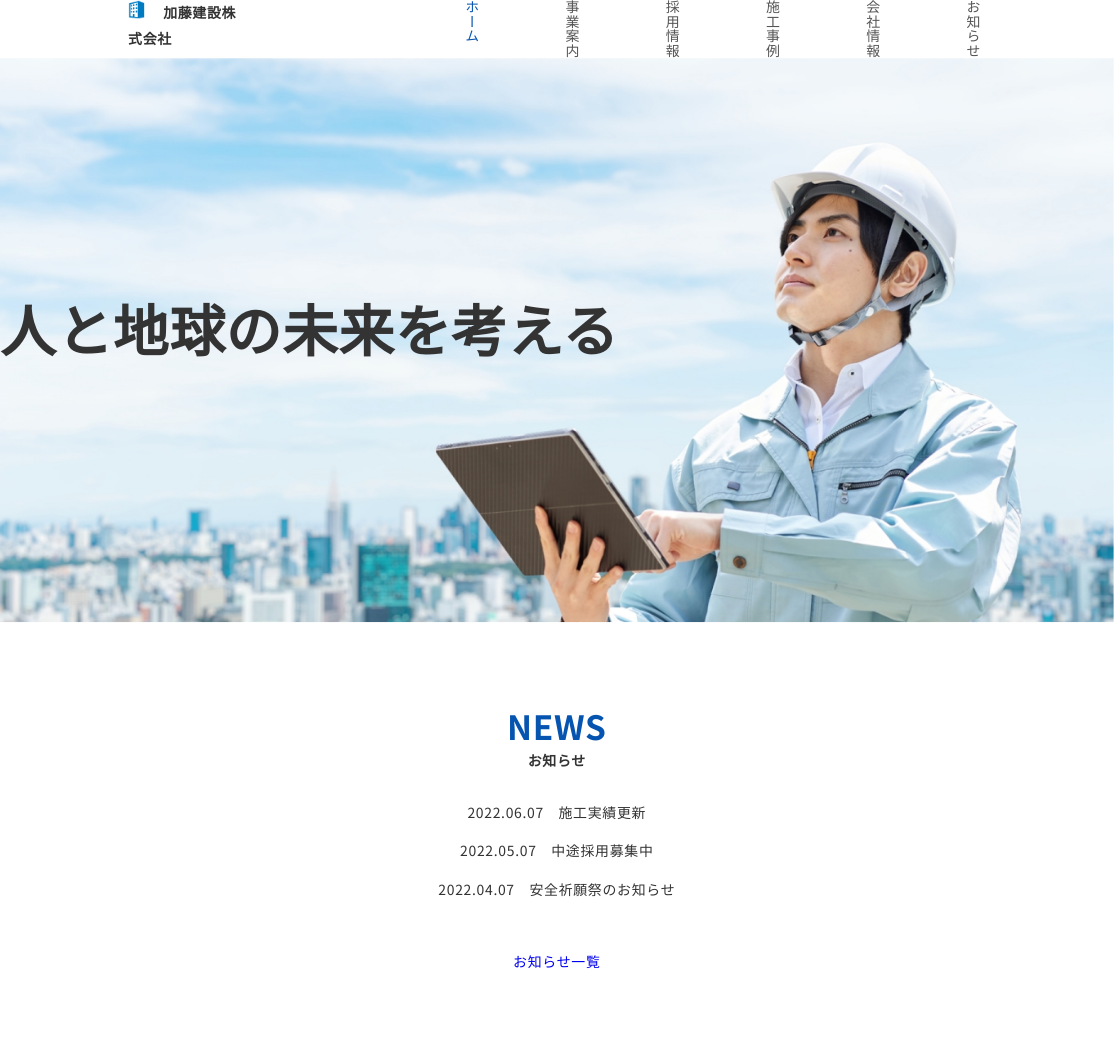
Repository: nozomi-23/hp1_test
Page: index.html
An editor plug-in stored every save of this project. The page is shown before and after a run of saves, followed by the edit.
The browser window is 1280 px wide. The pictures show the whole page, at 87% of full size.

Above is the page before, as saved 2022-06-12 11:10:39.

### index.html
<!DOCTYPE html>
<html lang="ja">
<head>
<meta charset="UTF-8">
<title>加藤建設 株式会社</title>
<meta name="description" content="人と地球の未来を考える 加藤建設 株式会社">
<meta name="keywords" content="建築,土木,インフラ">
<meta name="viewport" content="width=device-width, initial-scale=1.0">
<meta property="og:title" content="建築依頼なら「加藤建設 株式会社」">
<meta property="og:type" content="article">
<meta property="og:url" content="https://withcode-plus.tech">
<meta property="og:image" content="img/logo.png">
<meta property="og:description" content="確かな技術力が自慢、インフラから地域貢献まで加藤建設にお任せ下さい">
<meta property="og:site_name" content="加藤建設 株式会社">
<link rel="icon" href="img/favicon.ico">
<link rel="apple-touch-icon" sizes="180x180" href="img/logo.png">
<link rel="preconnect" href="https://fonts.googleapis.com">
<link rel="preconnect" href="https://fonts.gstatic.com" crossorigin>
<link href="https://fonts.googleapis.com/css2?family=Noto+Sans+JP:wght@400;500;700&family=Noto+Serif+JP&display=swap"
  rel="stylesheet">
<link rel="stylesheet" type="text/css" href="css/reset.css">
<link rel="stylesheet" type="text/css" href="css/common1.css">
<link rel="stylesheet" type="text/css" href="css/index.css">
</head>
<body>
  <!-- =========header -->
  <header>
    <div class="header_wrapper">
      <div class="header_inner">
        <h1 class="header_left">加藤建設株式会社</h1>
        <nav class="header_right" >
          <ul class="header_list">
            <li><a href="#" class="color">ホーム</a></li>
            <li><a href="html/business.html">事業案内</a></li>
            <li><a href="html/recruit.html">採用情報</a></li>
            <li><a href="html/work.html">施工事例</a></li>
            <li><a href="html/company.html">会社情報</a></li>
            <li><a href="html/news.html">お知らせ</a></li>
          </ul>
        </nav>
      </div>
    </div>
  </header>
  <!-- =========main_view -->
  <main>
    <section class="main_wrapper">
      <div class="main_txt">
        <h3>人と地球の未来を考える</h3>
      </div>
    </section>
    <!-- =========news -->
    <section class="news section">
      <div class="news_wrapper">
        <h2 class="title">NEWS<br>
          <small>お知らせ</small></h2>
        <ul class="news_list">
          <li>2022.06.07&emsp;施工実績更新</li>
          <li>2022.05.07&emsp;中途採用募集中</li>
          <li>2022.04.07&emsp;安全祈願祭のお知らせ</li>
        </ul>
        <div class="btn">
          <a href="html/news.html">お知らせ一覧</a>
        </div>
      </div>
    </section>
  </main>
</body>
</html>

### css/reset.css
@charset "UTF-8";

html,
body,
div,
span,
object,
iframe,
h1,
h2,
h3,
h4,
h5,
h6,
p,
blockquote,
pre,
abbr,
address,
cite,
code,
del,
dfn,
em,
img,
ins,
kbd,
q,
samp,
small,
strong,
sub,
sup,
var,
b,
i,
dl,
dt,
dd,
ol,
ul,
li,
fieldset,
form,
label,
legend,
table,
caption,
tbody,
tfoot,
thead,
tr,
th,
td,
article,
aside,
canvas,
details,
figcaption,
figure,
footer,
header,
hgroup,
menu,
nav,
section,
summary,
time,
mark,
audio,
video {
  margin: 0;
  padding: 0;
  border: 0;
  outline: 0;
  font-size: 100%;
  vertical-align: baseline;
  background: transparent;
}

body {
  line-height: 1;
}

article,
aside,
details,
figcaption,
figure,
footer,
header,
hgroup,
menu,
nav,
section {
  display: block;
}

nav ul {
  list-style: none;
}

blockquote,
q {
  quotes: none;
}

blockquote:before,
blockquote:after,
q:before,
q:after {
  content: '';
  content: none;
}

a {
  margin: 0;
  padding: 0;
  font-size: 100%;
  vertical-align: baseline;
  background: transparent;
}

/* change colours to suit your needs */
ins {
  background-color: #ff9;
  color: #000;
  text-decoration: none;
}

/* change colours to suit your needs */
mark {
  background-color: #ff9;
  color: #000;
  font-style: italic;
  font-weight: bold;
}

del {
  text-decoration: line-through;
}

abbr[title],
dfn[title] {
  border-bottom: 1px dotted;
  cursor: help;
}

table {
  border-collapse: collapse;
  border-spacing: 0;
}

/* change border colour to suit your needs */
hr {
  display: block;
  height: 1px;
  border: 0;
  border-top: 1px solid #cccccc;
  margin: 1em 0;
  padding: 0;
}

input,
select {
  vertical-align: middle;
}

### css/common1.css
@charset "UTF-8";

body {
  color: #333;
  letter-spacing: 0.05em;
  line-height: 1.8;
  font-family: 'Noto Sans JP', sans-serif ,'Noto Serif JP',
  serif;
}
li {
  list-style: none;
}

a {
  text-decoration: none;
}
.section {
  margin: 8% 0;
}


/* タイトル */
.title {
  color: #0554B0;
  font-weight: bold;
  font-size: 2.4rem;
  line-height: 0.8;
}
.news_wrapper small {
  font-size: 1rem;
  color: #333;
}

### css/index.css
@charset "UTF-8";

/* =================
header
===================*/
.header_wrapper {
  display: flex;
  justify-content: center;
}
.header_inner {
  width: 77%;
  display: flex;
  justify-content: space-between;

}
.header_list {
  display: table;
}
.header_list li {
  display: table-cell;
  writing-mode: vertical-rl;
}
.header_list li a {
  color: #555;
}
.header_list li a:hover {
  opacity: 0.5;
}
.header_list li a.color {
  color: #0554B0;
}

.header_left::before {
  content: "";
  background: url(../img/name_icon.png) no-repeat ;
  background-size: contain;
  width: 30%;
  height: 30%;
  z-index: 1;
  display: inline-block;
}

/* =================
main_view
===================*/
.main_wrapper {
  background: url(../img/top_img.png)no-repeat center;
  background-size: cover;
  width: 100%;
  height: 90vh;
}
.main_txt {
  font-size: 4rem;
  font-weight: normal;
  font-family: 'Noto Serif JP';
  position: relative;
  top: 40%;
}
/* =================
news
===================*/
.news {
  text-align: center;
  display: block;
}

.news_list {
  padding: 3%;
  di

}
.news_list li {
  margin-bottom: 1rem;
}

After the next 4 saves:
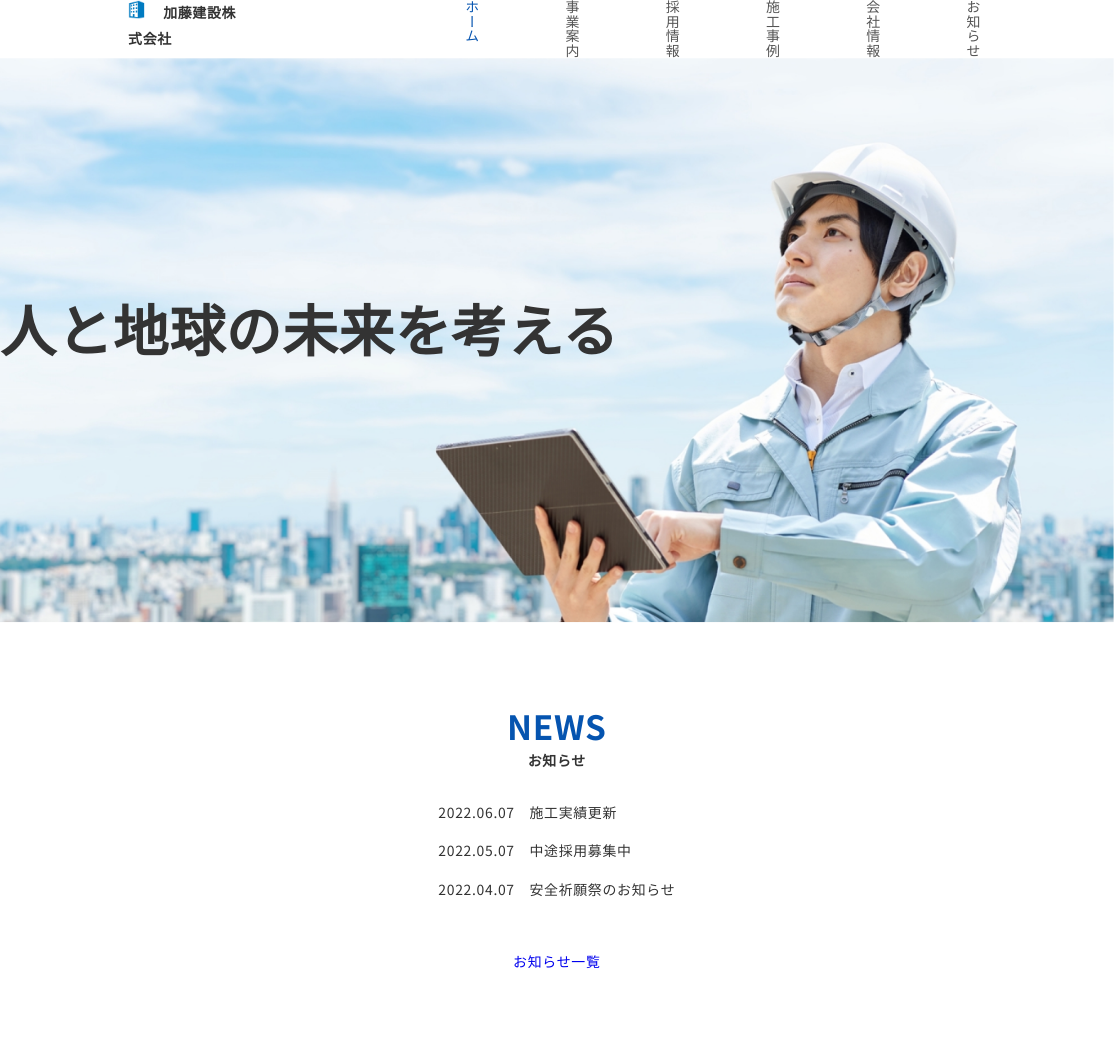
The 4 saves are shown as one change because they came seconds apart.
The last was saved 10 s later.
--- a/css/index.css
+++ b/css/index.css
@@ -66,7 +66,8 @@ news
 
 .news_list {
   padding: 3%;
-  di
+  text-align: left;
+  display: inline-block;
 
 }
 .news_list li {
